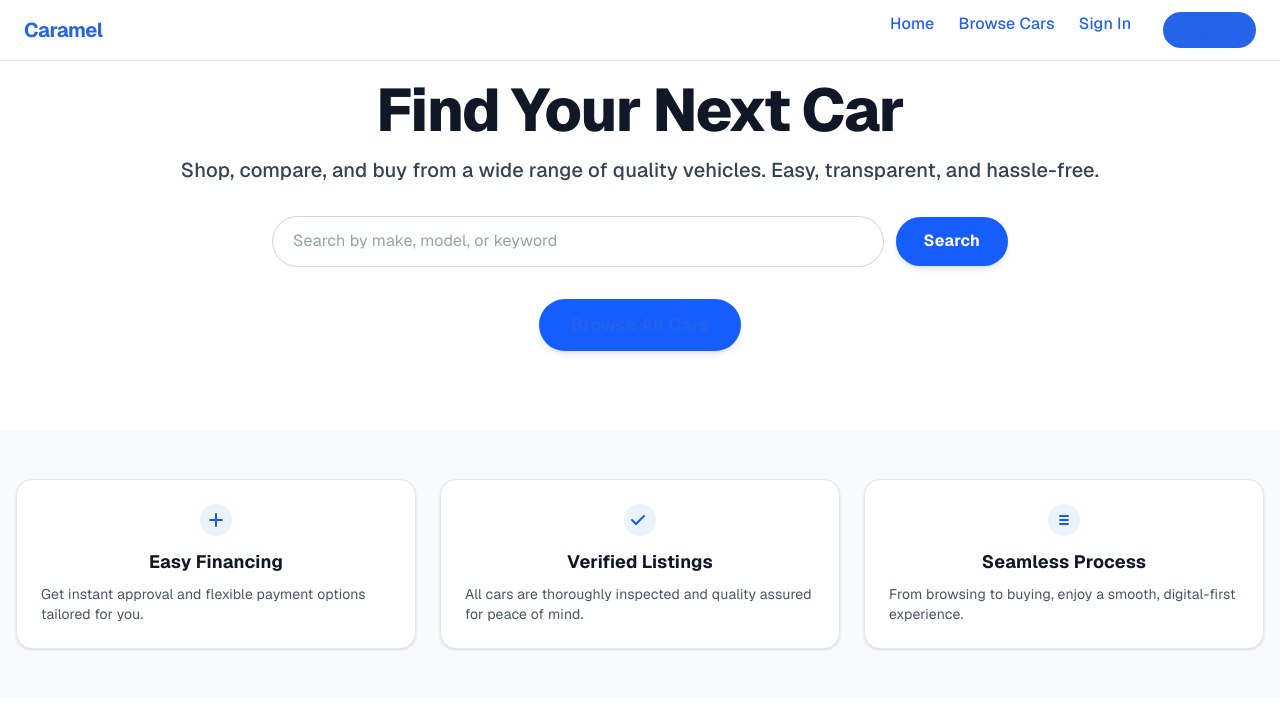
Repository: virat07/sellyourcar
Page: /
These files come from the project's save history. The page is drawn as it stood at one moment and after the next save; the edit follows.
The browser window is 1280 px wide. The pictures show the whole page.
The project was rebuilt for these pictures with package versions that can differ from the ones it lists, and the page was loaded fresh each time. The framework's server and built-in components were replaced by stand-ins that run in the browser. Also part of the build but not shown: next.config.ts.

Above is the page before, as saved 2025-07-18 15:30:57.

After the next save:
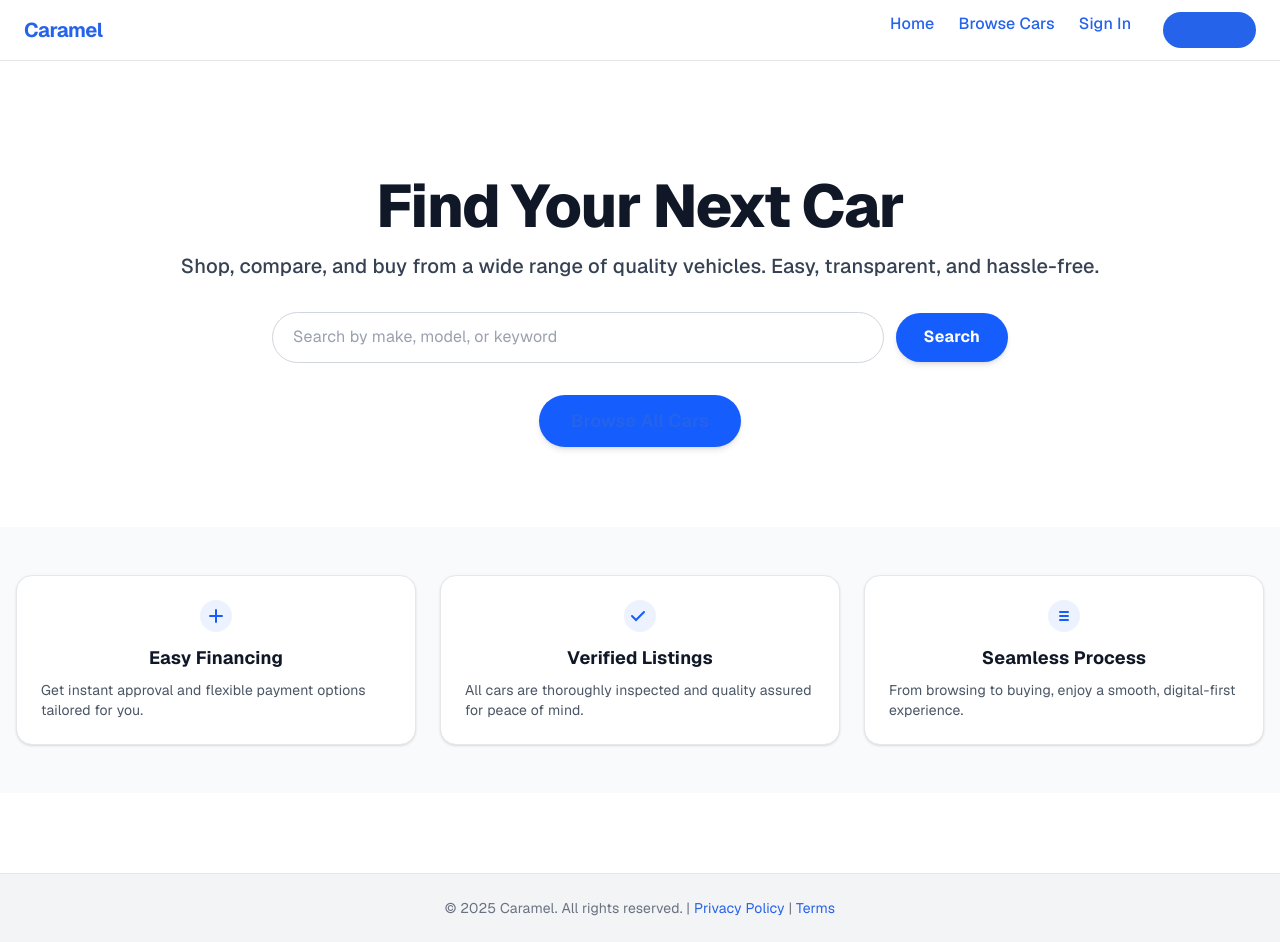
Saved 25 s later.
--- a/src/app/layout.tsx
+++ b/src/app/layout.tsx
@@ -29,7 +29,14 @@ export default function RootLayout({
         className={`${geistSans.variable} ${geistMono.variable} antialiased text-[var(--foreground)]`}
       >
         <NavBar />
-        <div>{children}</div>
+        <div className="w-full px-0 pt-24 pb-12 min-h-[80vh]">
+          {children}
+        </div>
+        <footer className="w-full bg-gray-100 border-t border-gray-200 py-6 mt-8">
+          <div className="max-w-7xl mx-auto px-4 text-center text-gray-500 text-sm">
+            &copy; {new Date().getFullYear()} Caramel. All rights reserved. | <a href="#" className="text-blue-600 hover:underline">Privacy Policy</a> | <a href="#" className="text-blue-600 hover:underline">Terms</a>
+          </div>
+        </footer>
       </body>
     </html>
   );
